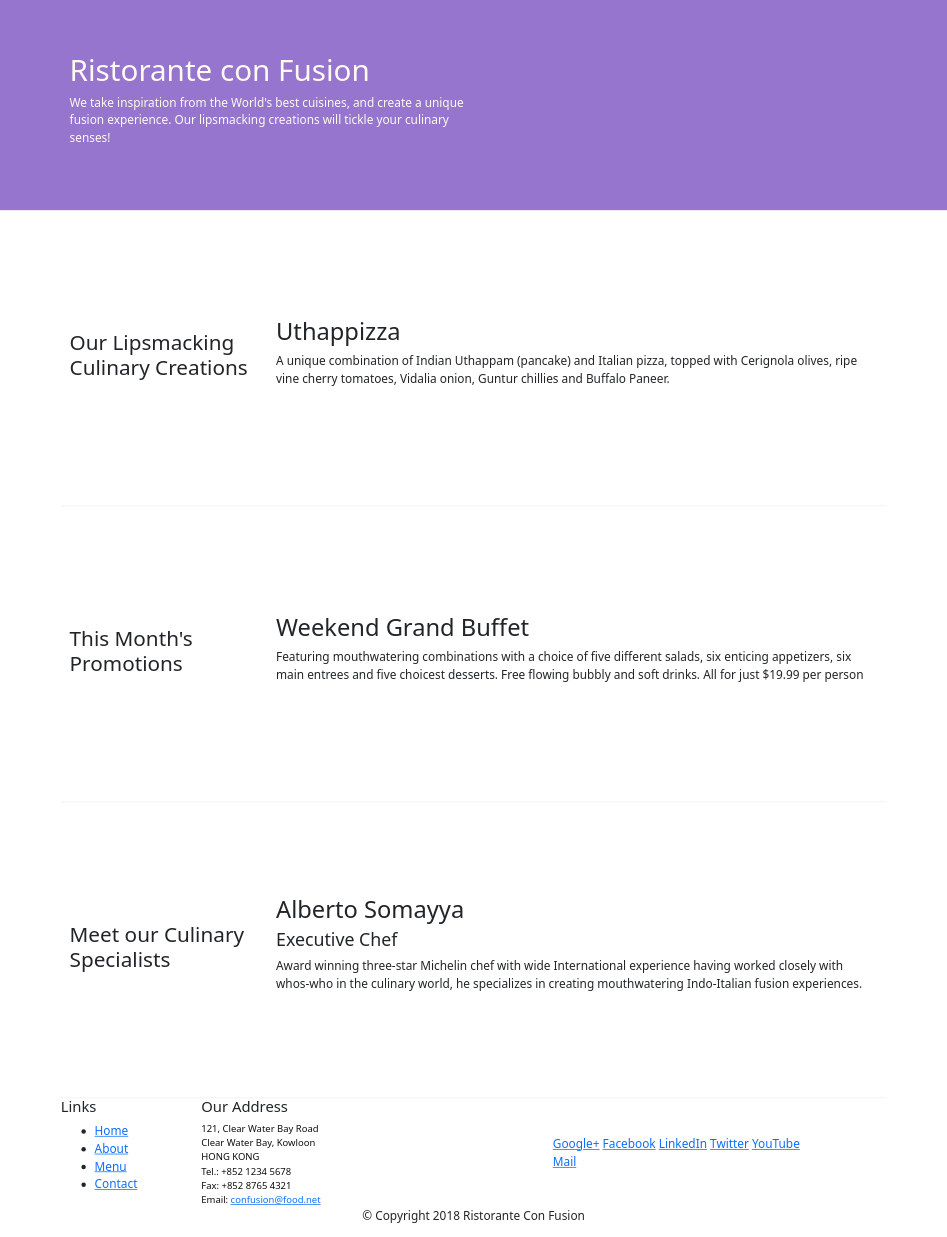
Repository: DungBuiTuan/FER201m
Page: index.html
An editor plug-in stored every save of this project. The page is shown before and after the next save, followed by the edit.
The browser window is 1280 px wide. The pictures show the whole page, at 74% of full size.
Some web libraries are served in a nearby version.

Above is the page before, as saved 2023-05-16 23:12:51.

After the next save:
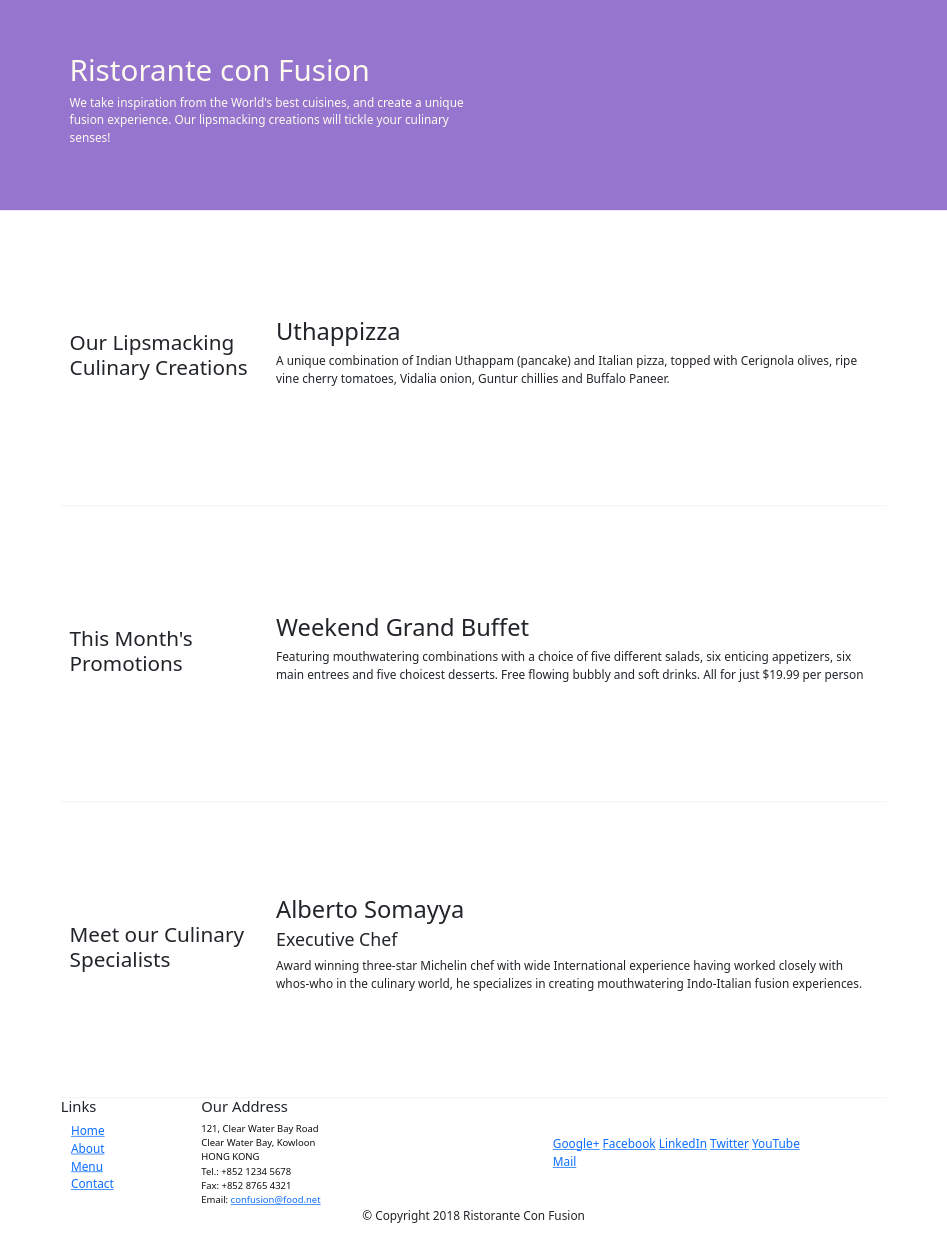
Saved 12 min 28 s later.
--- a/index.html
+++ b/index.html
@@ -66,7 +66,7 @@
             <div class="row">
                 <div class="col-4 col-sm-2">
                     <h5>Links</h5>
-                    <ul class="col-4 offset-1 col-sm-2" class="list-unstyled">
+                    <ul class="col-4 offset-1 col-sm-2 list-unstyled" >
                         <li><a href="#">Home</a></li>
                         <li><a href="#">About</a></li>
                         <li><a href="#">Menu</a></li>
